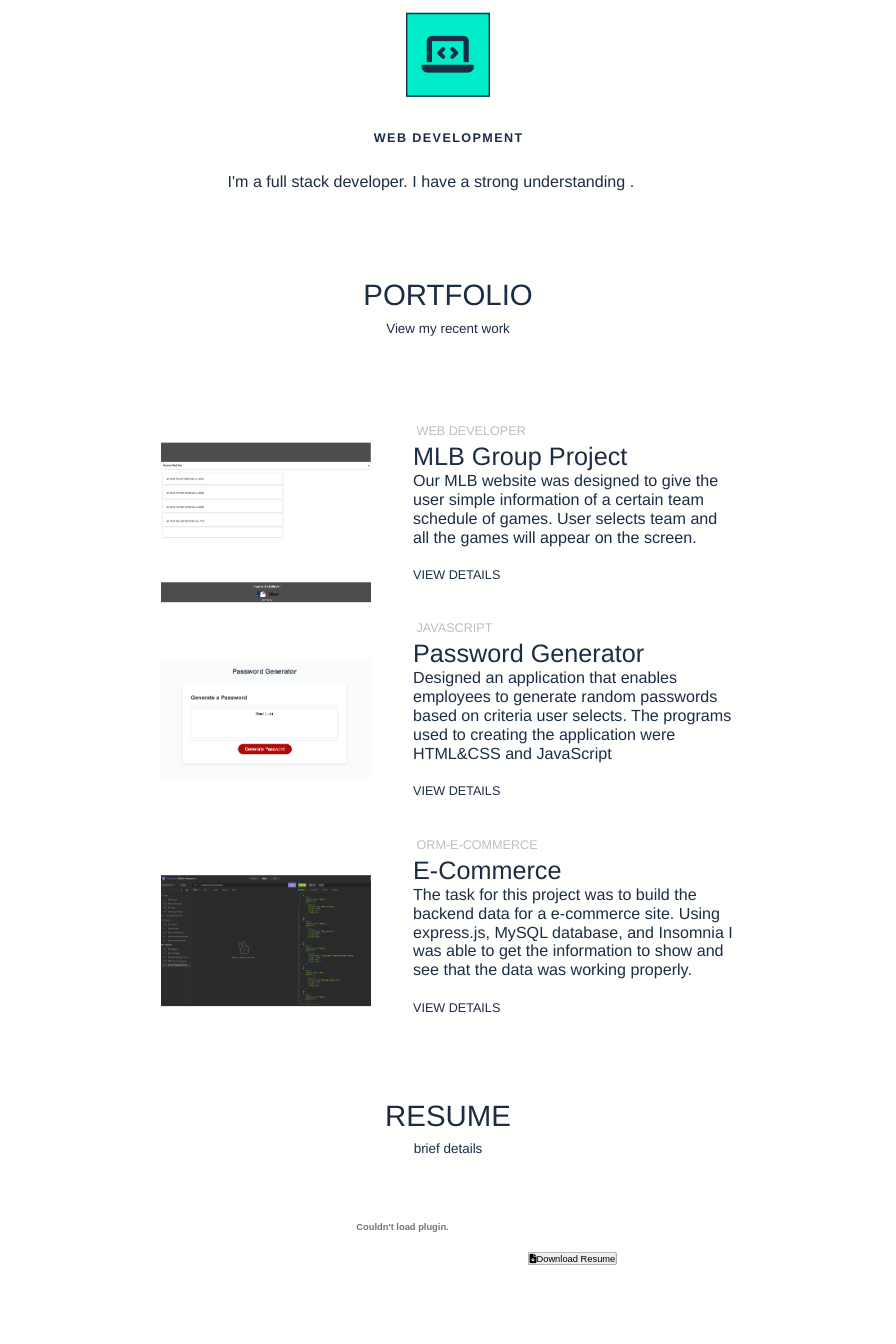
Repository: jb150524/JB-Portfolio
Page: index.html
An editor plug-in stored every save of this project. The page is shown before and after the next save, followed by the edit.
The browser window is 1280 px wide. The pictures show the part of the page from y = 1906 to 3826 px (the page is 4302 px tall before and 4329 px after), at 70% of full size.
Some web libraries are served in a nearby version.

Above is the page before, as saved 2021-09-25 21:25:29.

### index.html
<!DOCTYPE html>
<!-- saved from url=(0053)file:///Users/jja/FullStack_HW/juanwebsite/index.html -->

    <html lang="en"><head><meta http-equiv="Content-Type" content="text/html; charset=UTF-8">

    <meta http-equiv="X-UA-Compatible" content="IE=edge">
    <meta name="viewport" content="width=device-width, initial-scale=1.0">

    <!-- CSS style sheet -->
    <link rel="stylesheet" href="style.css">

    <!-- adding icons  -->
    <script src="https://kit.fontawesome.com/11dfd97c40.js" crossorigin="anonymous"></script>

    <title>Juan's Portfolio</title>
    </head>

    <body>
      <header>
      <nav class="top-nav">
        <ul class="nav-list">
        <li>
        <a href="file:///Users/jja/FullStack_HW/juanwebsite/index.html">Home</a>
        <a href="file:///Users/jja/FullStack_HW/juanwebsite/index.html#about">About</a>
        <a href="file:///Users/jja/FullStack_HW/juanwebsite/index.html#portfolio">Portfolio</a>
        <a href="file:///Users/jja/FullStack_HW/juanwebsite/index.html#resume">Resume</a>
        <a href="file:///Users/jja/FullStack_HW/juanwebsite/index.html#contact">Contact</a>
        </li>
        </ul>
      </nav>

    <div class="main">
      <div class="landing-text">
        <h1>JuanByrne</h1>
        <h6>Graphic Designer and Full Stack Web Developer</h6>
      </div>
    </div>
    </header>

    <section class="about" id="about">
      <div class="container">
          <a class="about-details">
        <div class="about-heading">
          <h1>About</h1>
          <h6>Myself</h6>
        </div>
          <p>
          I'm a Graphic Designer trying to become a full stack developer. I am from Guadalajara, Mexico. I was born in Mexico, but at a young age I moved to the USA. One of my favorite hobbies is playing competative soccer. Playing soccer has taught me perseverance, how to be a team player, and most importantly how to lose. I currently live in Wayne, Pennsylvania, but have previously lived in Guadalajara, Mexico and Orange County, California. I want to become a web developer because I want to learn a skill that motivates me and pushes me to try new things. I am excited about web developing and want a career that gives me a spark, like I get when I play soccer, with competitiveness, passion, and the belief that I can succeed.
          </p>
          </a>
      </div>
    </section>

      <a class="about-details">
        <section class="experience" id="experience">
            <div class="container">
              <div class="section-heading">
                <h1>Experience</h1>
                <h6>What I can do for you</h6>
              </div>
          <div class="my-skills">
          <div class="skills" alt ="">
            <div class="icon-container">
              <i class="fas fa-layer-group"></i>
            </div>
            <h1>Graphic Designer</h1>
            <p>
            I'm a Graphic Designer with two years of experience working in the advertising industry. Possesses a high degree of competence using programs such as Adobe Photoshop, InDesign, Illustrator, and HTML & CSS.
            </p>
          </div>

        <div class="skills">
          <div class="icon-container">
            <i class="fas fa-laptop-code"></i>
          </div>
              <h1>Web Development</h1>
              <p>
              I'm a full stack developer. I have a strong understanding .
              </p>
            </div>
          </div>
        </div>
      </section>
    </a>

      <section class="portfolio" id="portfolio"><a class="about-details"></a>
        <div class="container"><a class="about-details">
          <div class="section-heading">
            <h1>Portfolio</h1>
            <h6>View my recent work</h6>
            </a>
            </div>
          </div>
          <div class="portfolio-item"><a class="about-details">
            <div class="portfolio-img has-margin-right">
              <img src="images/MLB Site.png" alt="">
            </a>
            </div>
              <div class="portfolio-description"><a class="about-details">
              <h6>Web Developer</h6>
              <h1>MLB Group Project</h1>
              <p>
              Our MLB website was designed to give the user simple information of a certain team schedule of games. User selects team and all the games will appear on the screen.
              </p>
              </a>
            <a href="file:///Users/jja/FullStack_HW/juanwebsite/index.html#" class="cta"> View Details</a>
        </div>
      </div>
    <div>

     <div class="portfolio-item">
          <div class="portfolio-img has-margin-right">
            <img src="images/passGenerator.png" alt="">
            </div>
            <div class="portfolio-description">
            <h6>Javascript</h6>
            <h1>Password Generator</h1>
            <p>
            Designed an application that enables employees to generate random passwords based on criteria user selects. The programs used to creating the application were HTML&CSS and JavaScript
            </p>
            <a href="file:///Users/jja/FullStack_HW/juanwebsite/index.html#" class="cta"> View Details</a>
            </div>
        </div>

      <div>
          <div class="portfolio-item">
            <div class="portfolio-img has-margin-right">
              <img src="images/E-Commerce.png" alt="">
              </div>
              <div class="portfolio-description">
              <h6>ORM-E-Commerce</h6>
              <h1>E-Commerce</h1>
              <p>
              The task for this project was to build the backend data for a e-commerce site. Using express.js, MySQL database, and Insomnia I was able to get the information to show and see that the data was working properly.
              </p>
              <a href="file:///Users/jja/FullStack_HW/juanwebsite/index.html#" class="cta"> View Details</a>
            </div>
          </div>
      </div>
    </section>

    <section class="resume" id="resume">
      <div class="container">
        <div class="section-heading">
          <h1>Resume</h1>
          <h6>brief details</h6>
          <embed src="/images/FullStackDeveloper2021Resume.pdf" type="application/pdf" width="55%" height="100px" />
          <!-- <input type="button" value="Download!"> -->
          <button class="btn"><i class="fas fa-file-download"></i>Download Resume</button>
        </div>
      </div>

    <section class="contact" id="contact">
        <div class="container">
          <div class="section-heading">
          <h1>Contact Me</h1>
          <ul>
          <li>
          <h6>Let's work together</h6>
          <a href="https://www.linkedin.com/in/juan-byrne-43869ab7/">LinkedIn</a>
          <a href="https://github.com/jb150524">Github</a>
          <a href="file:///Users/jja/FullStack_HW/juanwebsite/juan1505@gmail.com">Gmail</a>
          </li>
          </ul>
        </div>
       </div>
    </section>

    <footer class="copyright">
      <p>© 2021 Juan Byrne</p>
    </footer>
  </section>


</body>
</html

### style.css
/* Start global*/

* {
    margin: 0;
    padding: 0;
    box-sizing: border-box;
}

html {
    font-size: 12px;
    font-family: Helvetica, sans-serif;
    /* color: rgb(255, 255, 255); */
}

body {
    width: 100%;
    height: 100%;
    background-color: #fffffe;
    background-size: cover;
}

section {
    padding: 60px 0;
}

h6 {
    color: #1b2d45;
    margin: 5px;
}

a {
    text-decoration: none;
    color: #1b2d45;
}

p {
   font-size: 23px;
   font-weight: 300;
   color: #1b2d45;
}



img {
    max-width: 100%;
    height: auto;
}

.main {
    padding: 16px;
    margin-top: 30px;
    height: 1500px; /* Used in this example to enable scrolling */
  }

/* Start reusable*/

.container {
    width: 50%;
    max-width: 120rem;
    height: 100%;
    margin: 0 auto;
    position: relative;
}

.container-details p {
    font-size: 200px;
    padding: 35px;
}

.section-heading {
    text-align: center;
    margin-bottom: 10rem;
}

.section-heading h1 {
    font-family: major mono display, Helvetica, sans-serif;
    font-size: 3.5rem;
    color: #1b2d45;
    text-transform: uppercase;
    font-weight: 300;
    position: relative;
    margin-bottom: 1rem;
}

.section-heading h1::before,
.section-heading h1::after {
    content: "";
    position: absolute;
    bottom: -.5rem;
    left: 50%;
    transform: translateX(-59%);
    background: color #fff8e8;
}

.section-heading h1::before {
    width: 10rem;
    height: 3px;
    border-radius: .8rem;
}

.section-heading h1::after {
    height: 1.5rem;
    border-radius: .100%;
    bottom: 1rem;
}

.section-heading h6 {
    font-size: 1.6rem;
    font-weight: 300;
    margin-bottom: 50px;
}

.has-margin-right {
    margin-right: 5rem;
}
/* End reusable*/

/* Start header*/
header {
    width: 100%;
    height: 100vh;
}

.nav-list {
    z-index: 2;
    top: 0;
    background:#00ebc7;
    overflow: hidden;
    font-size: 35px;
    font-family: major mono display;
    margin: 0;
    padding: 20px;
    position: fixed;
    list-style: none;
    width: 100%;
    display: flex;
    justify-content: center;
    align-items: flex-start;
    text-decoration: none;
}

li {
    margin: 0;
    list-style: none;
}

.nav-link {
    font-family: Arial, Helvetica, sans-serif;
    font-size: 15px;
    padding: 5px;
}

.nav-link:hover,
.nav-ink:focus {
    background: linear-gradient(to top, #5725b3, #9e91e9 );
    -webkit-background-clip: text;
    -webkit-text-fill-color: transparent;

}

.landing-text{
    position: absolute;
    top: 50%;
    left: 50%;
    transform: translate(-50%, -50%);
    width: 100%;
    text-align: center;
    z-index: 1;
}

.landing-text h1 {
    font-size: 150px;
    font-family: major mono display, Helvetica, sans-serif, Helvetica, sans-serif;
    background: linear-gradient(to top, #110202, #000000 );
    -webkit-background-clip: text;
    -webkit-text-fill-color: transparent;
    padding: 1rem;
    user-select: none;

}

.landing-text h6 {
    font-size: 2rem;
    font-weight: 300;
}
/* End header*/

.about .container {
    display: flex;
    align-items: center;
    justify-content: center;
}

.about-heading {
    text-align: center;
    text-transform: uppercase;
    line-height: 10px;
    margin-bottom: 6rem;
}

.about-heading h1 {
    font-size: 10rem;
    opacity: .3;
    font-family: major mono display;
}

.about-heading h6 {
    font-size: 2rem;
    font-weight: 300;
}

/* .about-container p {
   font-size: 50px;
} */

.profile-img {
    max-width: 100%;
    display: inline-block;
}

/* Start services*/

.my-skills {
    display: grid;
    /* grid-template-columns: repeat(auto-fit, min max(25rem, 1fr)); */
    grid-gap: 2.5rem;
    text-align: center;
}

.skills p {
    padding: 15px 5px 5px 5px;
    text-align: left;
}

.skills h1 {
    text-transform: uppercase;
    letter-spacing: 2px;
    margin: 2rem -2px 2rem 0;
}

.icon-container {
    width: 10rem;
    height: 10rem;
    border: 2px solid #1b2d45;
    background-color: #00ebc7;
    margin-bottom: 2rem;
    display: inline-block;
}

.icon-container .fas {
    margin: 27px -35px 0px -36px;
}

.icon-container i {
    color:#1b2d45;
    font-size: 5rem;
    margin: auto;
}
/* End services*/

/* Start portfolio*/

.portfolio-item {
    display: flex;
    align-items: end;
    justify-content: center;
    flex-direction: row;
    flex-wrap: wrap;
    align-content: stretch;
    margin-bottom: 50px;

}
.portfolio-img {
    width: 300px;
    height: 200px;
    background-size: 100%;
}

.portfolio-item:last-child {
    margin: 0;
}

.portfolio-description {
    flex: .5;
    color: #1b2d45;

}

.portfolio-description h1 {
    font-size: 3rem;
    font-weight: 300;
    margin: 1px 0;
    display: contents;
}

.portfolio-description h6 {
    font-size: 1.5rem;
    text-transform: uppercase;
    font-weight: 300;
    opacity: 0.3;
}

.portfolio-description .cta {
    display: inline-block;
    margin-top: 2.5rem;
    font-size: 1.5rem;
    text-transform: uppercase;
    color: #1b2d45;
    transition: color 650ms;
}

.portfolio-description .cta:hover {
    color: #2f67cd;
}
/* End portfolio*/


/*Star contact*/

.contact {
    background-color:#00ebc7;
}

.contact a {
    font-weight: bold;
    margin: 10px;
    margin-top: 20px;
    padding: 15px 0;
    text-align: center;
    font-size: 25px;
}

/*End contact*/

/*Star footer*/

.copyright {
    width: 100%;
    text-align: center;
    background-color:#ff5470;
    padding: 2rem 0;
    position: absolute;
    display: block;
}

/* .up {
    position: absolute;
    width: 5rem;
    height: 5rem;
    background-color: burlywood;
    top: -2.5rem;
    right: 5rem;
    border-radius: 100%;
    display: flex;
    animation: pulse 2s infinite;
    cursor: pointer;
}

.up i {
    color: navy;
    font-size: 2rem;
    margin: auto;
} */

.copyright p {
    font-size: 1.4rem;
}
/*End footer*/

/*Start Button animation*/

@keyframes pulse {
    0%{
        box-shadow: 0 0 0 0 rgba(253, 87, 191, 0.99);
    }
    70%{
        box-shadow: 0 0 0 2rem rgba(253, 87, 191, 0);
    }
    100%{
        box-shadow: 0 0 0 0 rgba(253, 87, 191, 0);
    }
}
/*End Button animation*/

/*Start media queries*/

@media screen and (max-width: 768px) {
    body {
        background-color: #fffffe;
        background-size: cover;
    }

    .landing-text h1 {
        font-size: 70px;
    }

    .landing-text h6 {
        font-size: 1.7rem;
    }

    .nav-list {
        font-size: 15px;
    }

    li {
        margin: 2rem 0;
    }

    .nav-ink {
        font-size: 4.5rem;
    }

    .about-heading {
        font-size: 15px;
    }

    .section-heading h1 {
        font-size: 3rem;
    }

    .about-details .nav-list {
        flex-direction: initial;
    }

    .about-details li {
        font-size: 10px;
        margin: 0 2rem;
    }

@media screen and (max-width: 600px) {

    .landing-text h1 {
        font-size: 8rem;
    }

    .landing-text h6 {
        font-size: 1.4rem;
    }

    .nav-link {
        font-size: 3.5rem;
    }

    .profile-img {
        margin-top: 0 0 7rem 0;
    }

    .portfolio-item {
        flex-direction: column;
    }

    .portfolio-img {
        margin: 0 0 2rem 0;
        order: 1;
    }

    .portfolio-description {
        margin: 0;
        order: 2;
    }

    form {
        width: 100%;
    }

    .up {
        right: 2rem;
    }
}
/*End media queries*/

After the next save:
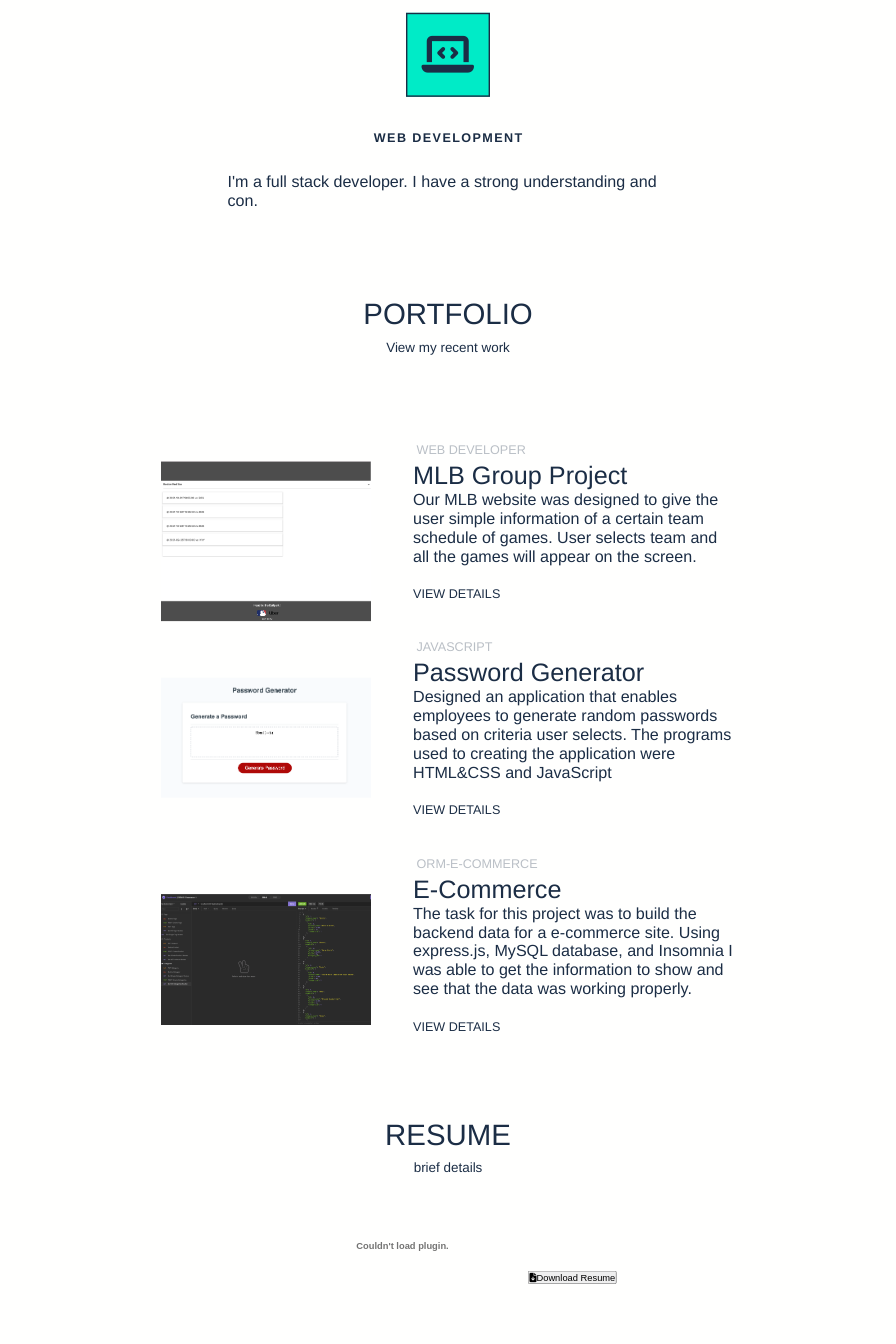
Saved 8 s later.
--- a/index.html
+++ b/index.html
@@ -75,7 +75,7 @@
           </div>
               <h1>Web Development</h1>
               <p>
-              I'm a full stack developer. I have a strong understanding .
+              I'm a full stack developer. I have a strong understanding and con.
               </p>
             </div>
           </div>
